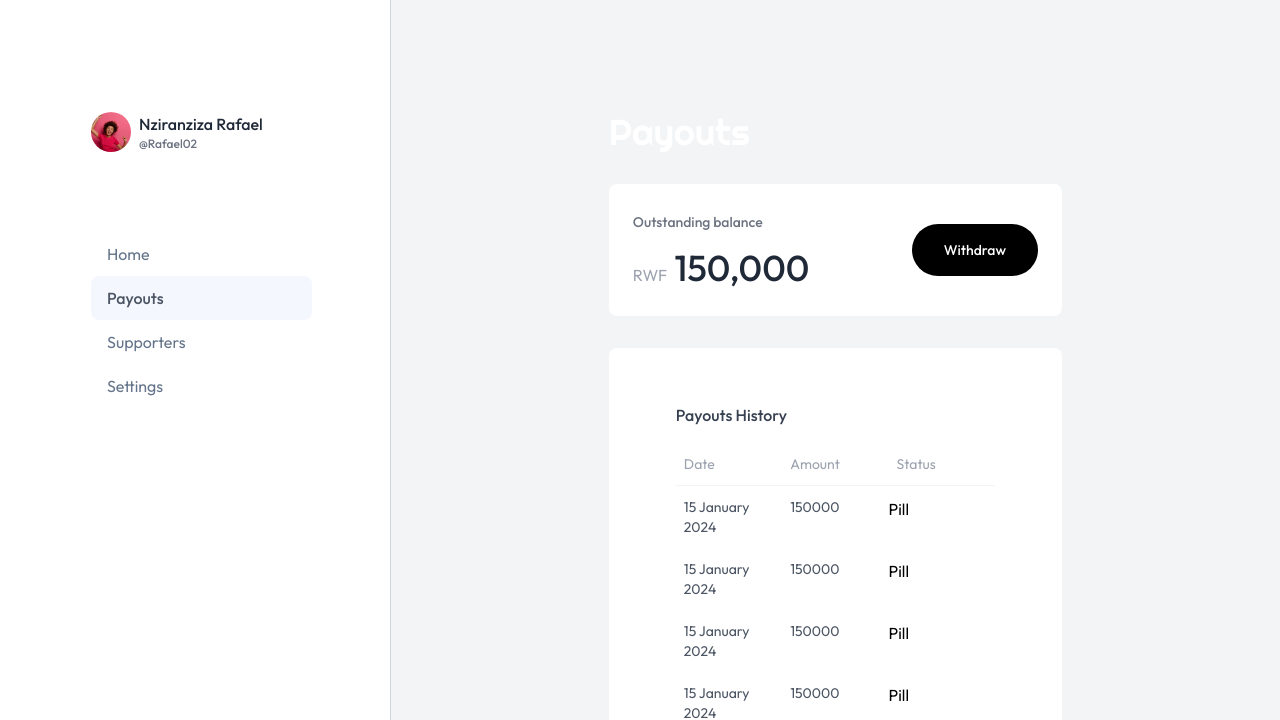
Repository: felixdusengimana/capstone-project-mirror
Page: /payouts (app in frontend/)
An editor plug-in stored every save of this project. The page is shown before and after the next save, followed by the edit.
The browser window is 1280 px wide. The pictures show the whole page.
An inner scrolling area shows only its first screen. The project was rebuilt for these pictures with package versions that can differ from the ones it lists, and the page was loaded fresh each time. The framework's server and built-in components were replaced by stand-ins that run in the browser. Also part of the build but not shown: frontend/next.config.mjs, frontend/components/atoms/Icon.tsx.

Above is the page before, as saved 2024-03-11 16:58:43.

### frontend/app/(dashboard)/layout.tsx
import Sidebar from "@/components/organisms/Sidebar";
import { ReactNode } from "react";

export default function DashBoardLayout({ children }: { children: ReactNode }) {
  return (
    <div className="h-screen flex bg-white">
      <Sidebar />
      <div className="flex-grow bg-gray-100 overflow-auto pt-[112px]">
        {children}
      </div>
    </div>
  );
}

### frontend/app/layout.tsx
import type { Metadata } from "next";
import { Righteous, Outfit } from "next/font/google";
import "./globals.css";

const outfit = Outfit({ subsets: ["latin"], variable: "--font-outfit" });
const righteous = Righteous({
  subsets: ["latin"],
  variable: "--font-righteous",
  weight: "400",
});

export const metadata: Metadata = {
  title: "Pesatone - Search and gift your favorite creators",
  description:
    "A place where fans show gratitude to the African content creators they love!",
};

export default function RootLayout({
  children,
}: Readonly<{
  children: React.ReactNode;
}>) {
  return (
    <html lang="en">
      <body className={`${outfit.variable} ${righteous.variable} font-sans`}>
        {children}
      </body>
    </html>
  );
}

### frontend/app/(dashboard)/payouts/page.tsx
import Button from "@/components/atoms/Button";
import Headline from "@/components/atoms/Headline";
import Icon from "@/components/atoms/Icon";
import Pill from "@/components/atoms/Pill";
import React from "react";

export default function page() {
  const data = [
    {
      date: "15 January 2024",
      amount: 150000,
      status: "success",
    },
    {
      date: "15 January 2024",
      amount: 150000,
      status: "pending",
    },
    {
      date: "15 January 2024",
      amount: 150000,
      status: "pending",
    },
    {
      date: "15 January 2024",
      amount: 150000,
      status: "success",
    },
    {
      date: "15 January 2024",
      amount: 150000,
      status: "success",
    },
  ];
  return (
    <div className="min-h-full w-full px-[218px] text-black pb-10">
      <Headline className="text-gray-700 text-4xl">Payouts</Headline>

      <div className="w-full flex justify-between gap-10 items-center bg-white mt-8 px-6 py-7 rounded-lg">
        <div>
          <p className="text-gray-500 text-sm font-medium">
            Outstanding balance
          </p>
          <h3 className=" text-gray-800 font-medium text-4xl mt-4">
            <span className="font-normal text-base text-gray-400">RWF</span>{" "}
            150,000
          </h3>
        </div>
        <Button className="flex gap-0.5 items-center">
          <Icon name="cash-out" />
          <p className="font-medium text-sm text-white">Withdraw</p>
        </Button>
      </div>

      <div className="max-w-[900px] bg-white px-[67px] py-[55px] w-full rounded-lg mt-8">
        <p className="font-medium text-base text-gray-700 mb-4">
          Payouts History
        </p>
        <div className="grid grid-cols-3 border-b border-gray-100 py-[11px]">
          <p className="text-gray-400 text-sm font-normal pl-2">Date</p>
          <p className="text-gray-400 text-sm font-normal pl-2">Amount</p>
          <p className="text-gray-400 text-sm font-normal pl-2">Status</p>
        </div>
        {data.map((item, index) => (
          <div className="grid grid-cols-3 py-[11px]" key={index}>
            <p className="text-gray-600 font-normal text-sm pl-2">
              {item.date}
            </p>
            <p className="text-gray-600 font-normal text-sm pl-2">
              {item.amount}
            </p>
            <Pill
              variant={item.status == "success" ? "success" : "warning"}
              className="py-1 capitalize"
              bordered
            >
              {item.status}
            </Pill>
          </div>
        ))}
      </div>
    </div>
  );
}

### frontend/components/organisms/Sidebar.tsx
"use client";
import { usePathname } from "next/navigation";
import { ComponentProps } from "react";
import Profile from "../molecules/Profile";
import Icon, { IconNames } from "../atoms/Icon";
import Link from "next/link";

interface SidebarProps extends ComponentProps<"div"> {}

export default function Sidebar({ className, ...props }: SidebarProps) {
  const pathname = usePathname();
  const links = [
    {
      label: "Home",
      icon: "dashboard",
      href: "/dashboard",
    },
    {
      label: "Payouts",
      icon: "payouts",
      href: "/payouts",
    },
    {
      label: "Supporters",
      icon: "flash",
      href: "/supporters",
    },
    {
      label: "Settings",
      icon: "settings",
      href: "/settings",
    },
  ] as { label: string; icon: IconNames; href: string }[];

  return (
    <div
      {...props}
      className={`w-[393px] pt-[112px] pl-[91px] pr-[78px] border-r border-gray-300 overflow-hidden ${className}`}
    >
      <Profile
        user={{
          name: "Nziranziza Rafael",
          photo: "/profiles/profile1.png",
          username: "Rafael02",
        }}
      />

      <div className="mt-20">
        {links.map((link) => (
          <Link
            key={link.href}
            href={link.href}
            className={`flex items-center gap-2 text-base py-2.5 px-4 rounded-lg ${
              pathname === link.href
                ? "bg-[#F5F7FF] text-gray-600 font-medium"
                : "text-[#64748A] font-normal"
            }`}
          >
            <Icon
              name={link.icon}
              fill={pathname === link.href ? "#4B5563" : "#6B7280"}
              stroke={pathname === link.href ? "#4B5563" : "#6B7280"}
            />
            <p>{link.label}</p>
          </Link>
        ))}
      </div>
    </div>
  );
}

### frontend/app/globals.css
@tailwind base;
@tailwind components;
@tailwind utilities;

:root {
  --bg: #141416;
  --bg-hover: #232326;
  --secondary-color: #17171A;
  --foreground-rgb: 0, 0, 0;
  --background-start-rgb: 214, 219, 220;
  --background-end-rgb: 255, 255, 255;
}

@media (prefers-color-scheme: dark) {
  :root {
    --foreground-rgb: 255, 255, 255;
    --background-start-rgb: 0, 0, 0;
    --background-end-rgb: 0, 0, 0;
  }
}

body {
  background: var(--bg);
  color: rgb(var(--foreground-rgb));
}

@layer utilities {
  .text-balance {
    text-wrap: balance;
  }
}

.page-padding {
  padding: 0 252px;
}

### frontend/components/atoms/Button.tsx
import { ComponentProps } from "react";

interface ButtonProps extends ComponentProps<"button"> {
  variant?: "dark" | "white" | "blurred" | "secondary";
  size?: "sm" | "md" | "lg";
  bordered?: boolean;
}

export default function Button({ ...props }: ButtonProps) {
  const { variant = "dark", size = "md", bordered = false } = props;

  const variantClasses = {
    dark: "bg-black text-white",
    white: "bg-white text-black",
    secondary: "bg-secondary text-white",
    blurred: "bg-blurred text-white",
  };

  const sizeClasses = {
    sm: "px-2 py-1",
    md: "px-8 py-4",
    lg: "px-6 py-3",
  };

  const borderClasses = bordered ? "border border-black" : "";

  return (
    <button
      {...props}
      className={`text-xl font-normal rounded-full ${variantClasses[variant]} ${sizeClasses[size]} ${borderClasses} ${props.className}`}
    >
      {props.children}
    </button>
  );
}

### frontend/components/atoms/Headline.tsx
import { ComponentProps } from "react";

interface HeadlineProps extends ComponentProps<"h1"> {}

export default function Headline({ ...props }: HeadlineProps) {
  return (
    <div className={`font-mono text-white ${props.className}`}>
      {props.children}
    </div>
  );
}

### frontend/components/atoms/Pill.tsx
import { ComponentProps } from "react";

interface PillProps extends ComponentProps<"div"> {
  variant?: "primary" | "secondary" | "tertiary";
}
export default function Pill() {
  return <div>Pill</div>;
}

### frontend/components/molecules/Profile.tsx
import Avatar from "../atoms/Avatar";
import Icon from "../atoms/Icon";

interface ProfileProps {
  user: {
    name: string;
    username: string;
    photo: string;
  };
  verified?: boolean;
}
export default function Profile({ user, verified }: ProfileProps) {
  return (
    <div className="flex gap-2 items-start">
      <Avatar src={user.photo} alt={user.name} />
      <div className="font-medium">
        <h3 className="text-base text-gray-800">{user.name}</h3>
        <p className="text-xs text-gray-500">@{user.username}</p>
      </div>
      {verified && <Icon name="verified" />}
    </div>
  );
}

### frontend/components/atoms/Avatar.tsx
/* eslint-disable @next/next/no-img-element */
import { ComponentProps } from "react";
import Icon from "./Icon";

interface AvatarProps extends ComponentProps<"div"> {
  src: string;
  alt?: string;
  size?: "sm" | "md" | "lg" | "xl" | "2xl";
  circle?: boolean;
  bordered?: boolean;
  fallBackText?: string;
}
export default function Avatar({ ...props }: AvatarProps) {
  const {
    src,
    alt,
    size = "sm",
    circle = true,
    fallBackText,
    bordered,
    ...rest
  } = props;

  const sizeClasses = {
    sm: "w-10 h-10",
    md: "w-12 h-12",
    lg: "w-16 h-16",
    xl: "w-[150px] h-[150px]",
    "2xl": "w-[202px] h-[202px]",
  };

  return (
    <div
      {...rest}
      className={`${src ? "bg-transparent" : "bg-gray-100"} ${
        circle ? "rounded-full" : "rounded"
      } ${bordered ? "border-2 border-white" : ""} ${sizeClasses[size]} ${
        rest.className
      } flex items-center justify-center overflow-hidden`}
    >
      {src ? (
        <img
          src={src}
          alt={alt}
          className={`w-full ${sizeClasses[size]} object-cover`}
        />
      ) : fallBackText ? (
        fallBackText
      ) : (
        <Icon name="user" />
      )}
    </div>
  );
}

### frontend/tailwind.config.ts
import type { Config } from "tailwindcss";

const config: Config = {
  content: [
    "./pages/**/*.{js,ts,jsx,tsx,mdx}",
    "./components/**/*.{js,ts,jsx,tsx,mdx}",
    "./app/**/*.{js,ts,jsx,tsx,mdx}",
  ],
  theme: {
    extend: {
      // backgroundImage: {
      //   "gradient-radial": "radial-gradient(var(--tw-gradient-stops))",
      //   "gradient-conic":
      //     "conic-gradient(from 180deg at 50% 50%, var(--tw-gradient-stops))",
      // },
      fontFamily: {
        sans: ["var(--font-outfit)"],
        mono: ["var(--font-righteous)"],
      },
      colors: {
        secondary: "var(--secondary-color)",
      },
    },
  },
  plugins: [],
};
export default config;

After the next save:
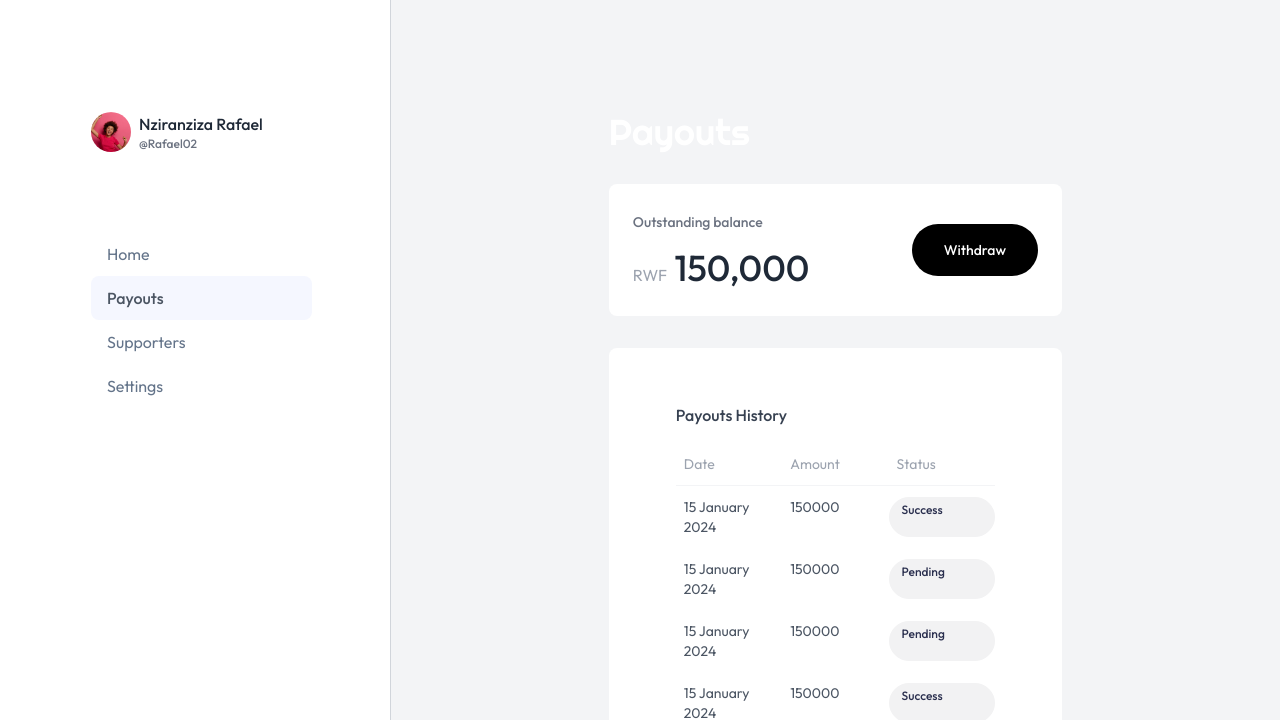
Saved 30 s later.
--- a/frontend/components/atoms/Pill.tsx
+++ b/frontend/components/atoms/Pill.tsx
@@ -3,6 +3,19 @@ import { ComponentProps } from "react";
 interface PillProps extends ComponentProps<"div"> {
   variant?: "primary" | "secondary" | "tertiary";
 }
-export default function Pill() {
-  return <div>Pill</div>;
+export default function Pill({ variant, ...rest }: PillProps) {
+  return (
+    <div
+      {...rest}
+      className={`px-3 py-1 rounded-full text-xs font-medium ${
+        variant === "primary"
+          ? "bg-[#F2F2F3] text-[#2A2F4E]"
+          : variant === "secondary"
+          ? "bg-[#2A2F4E] text-white"
+          : "bg-[#F2F2F3] text-[#2A2F4E] border border-[#F2F2F3]"
+      } ${rest.className}`}
+    >
+      {rest.children}
+    </div>
+  );
 }
